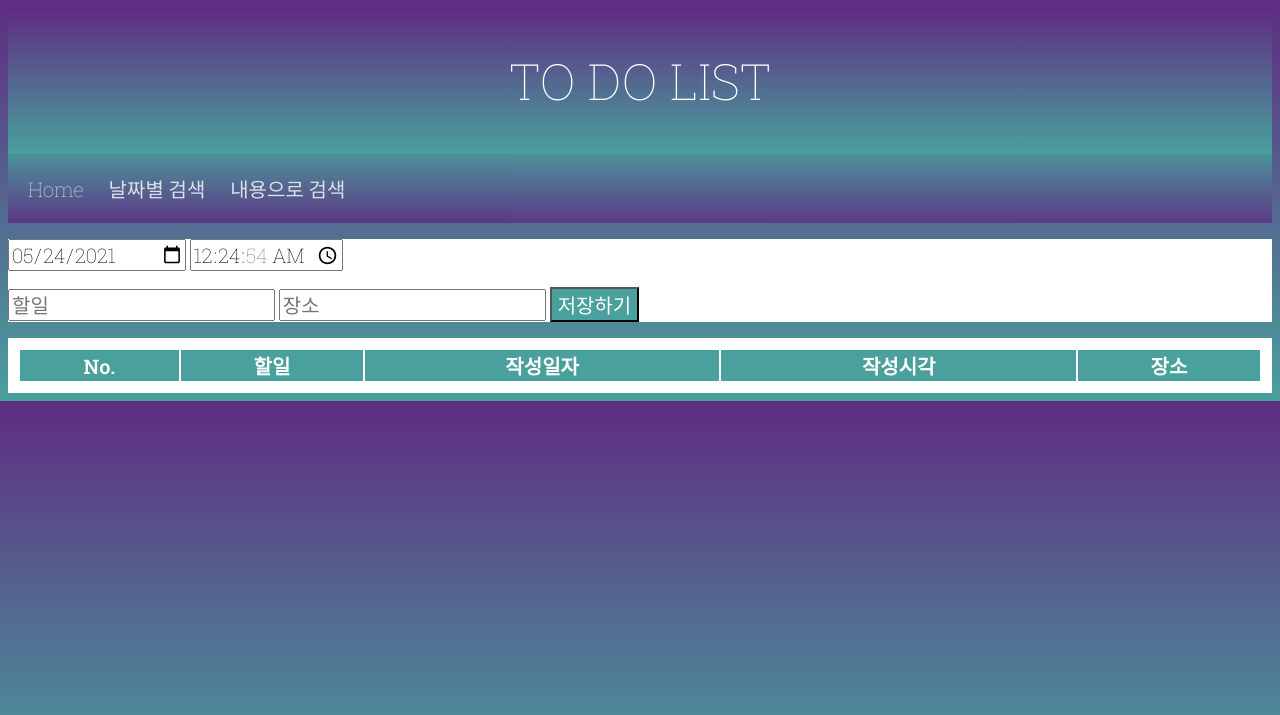
Repository: kimyoungjin98/Exam_Project
Page: http://localhost/Server_PR_TodoList/
An editor plug-in stored every save of this project. The page is shown before and after the next save, followed by the edit.
The browser window is 1280 px wide. The pictures show the whole page.
Some web fonts or font styles are not loaded; a fallback is used. The page is served by Tomcat 9. Other server files are loaded and not shown. Queries for data that is not in the repository find no rows.

Above is the page before, as saved 2021-05-25 02:12:46.

### Server_PR_TodoList/src/main/webapp/WEB-INF/views/home.jsp
<%@ page language="java" contentType="text/html; charset=UTF-8"
    pageEncoding="UTF-8"%>
<%@ taglib uri="http://java.sun.com/jsp/jstl/core" prefix="c"%>
<c:set value="${pageContext.request.contextPath}" var="rootPath" />
<!DOCTYPE html>
<html>

<head>
<meta charset="UTF-8">
<title>어서오세요</title>
</head>
<script>
document.addEventListener("DOMContentLoaded",function(ev){

	document.querySelector("table")
	.addEventListener("click", function(ev){

		let tag = ev.target.tagName

		if(tag == "TD"){

			let seq = ev.target.closest("TR").dataset.seq

			document.location.href="${rootPath}/todo/view?td_seq=" + seq

		}

	})

})


</script>
<style>

body {
	background:linear-gradient(to bottom, #5f2c82, #49a09d);
	padding:auto;
}

@import url('https://fonts.googleapis.com/css2?family=Nanum+Myeongjo&family=Roboto+Slab:wght@100;600&display=swap');
* {
		font-family: 'Nanum Myeongjo', serif;
		font-family: 'Roboto Slab', serif;
	}

table {
	width:100%;
	text-align: center;
	margin:3px auto;
	font-size:20px;
	padding:10px;
	background-color: white;

}

table td{
	cursor:pointer;
	padding:5-%;


}

table td:hover{
	background-color: #49a09d;
	opacity: 0.5;
}

table div{
	border:1px solid #49a09d;

}

table th{
	background-color:#49a09d;
	color:white;

}


</style>
<body>

	<%@ include file="/WEB-INF/views/banner.jsp" %>
	<p>
	<%@ include file="/WEB-INF/views/write.jsp" %>
	<p>
		<table>
		<div>
		<th>No.</th>
		<th>할일</th>
		<th>작성일자</th>
		<th>작성시각</th>
		<th>장소</th>
		</div>

		<c:forEach items="${TDLIST}" var="TD" varStatus="index">
			<tr data-seq="${TD.td_seq}">
				<td>${index.count}</td>
				<td>${TD.td_content}</td>
				<td>${TD.td_date}</td>
				<td>${TD.td_time}</td>
				<td>${TD.td_place}</td>
			</tr>

		</c:forEach>

	</table>

</body>
</html>

### Server_PR_TodoList/src/main/webapp/WEB-INF/views/banner.jsp
<%@ page language="java" contentType="text/html; charset=UTF-8"
    pageEncoding="UTF-8"%>
<%@ taglib uri="http://java.sun.com/jsp/jstl/core" prefix="c"%>
<c:set value="${pageContext.request.contextPath}" var="rootPath" />
<!DOCTYPE html>
<html>
<head>
<meta charset="UTF-8">
<title>Insert title here</title>
</head>
<script type="text/javascript">
document.addEventListener("DOMContentLoaded", function(){
	document.querySelector("nav").addEventListener("click",function(ev){

		let name = ev.target.textContent

		if(name == "Home"){

			document
			.location
			.href="${rootPath}"


		}


	})

})

</script>
<style>
@import url('https://fonts.googleapis.com/css2?family=Nanum+Myeongjo&family=Roboto+Slab:wght@100;600&display=swap');
* {
		font-family: 'Nanum Myeongjo', serif;
		font-family: 'Roboto Slab', serif;
	}

nav li:hover {

	cursor:pointer;

}

h1 {
	margin:auto;
	text-align: center;
	font-size:50px;
	background:linear-gradient(to bottom, #5f2c82, #49a09d);
	color:white;
	padding:40px;
	font-weight: lighter;
}

nav {

	background:linear-gradient(to top, #5f2c82, #49a09d);
	opacity: 0.8;
	color:white;

	font-size:20px;


}

nav ul{
	margin:0px;
	padding:10px;
}

nav li{
	display:inline-block;
	list-style:none;
	padding:10px;
	margin:0;
}


</style>
<body>
	<h1>TO DO LIST</h1>

	<nav>
	<ul>
	<li>Home</li>
	<li>날짜별 검색</li>
	<li >내용으로 검색</li>

	</ul>


	</nav>
</body>
</html>

### Server_PR_TodoList/src/main/webapp/WEB-INF/views/write.jsp
<%@ page language="java" contentType="text/html; charset=UTF-8"
    pageEncoding="UTF-8"%>
<%@ taglib uri="http://java.sun.com/jsp/jstl/core" prefix="c"%>
<c:set value="${pageContext.request.contextPath}" var="rootPath" />
<!DOCTYPE html>
<html>
<head>
<meta charset="UTF-8">
<title>Insert title here</title>
</head>
<script type="text/javascript">
document.addEventListener("DOMContentLoaded", function(ev){
	document.querySelector("button")
	.addEventListener("click",function(ev){

		let name = ev.target.className

		let td_date = document.querySelector("input[name='td_date']")
		let td_time = document.querySelector("input[name='td_time']")
		let td_content = document.querySelector("input[name='td_content']")
		let td_place = document.querySelector("input[name='td_place']")

		if(td_content.value == ""){

			alert("할일을 입력하세요 !")

			return false;
			}

			document.querySelector("form").submit();

	})

})

</script>
<style>




@import url('https://fonts.googleapis.com/css2?family=Nanum+Myeongjo&family=Roboto+Slab:wght@100;600&display=swap');
.jm-font {
		font-family: 'Nanum Myeongjo', serif;
	font-family: 'Roboto Slab', serif;
	}

	label{
		font-size:20px;
	}

	input{
		font-size:20px;
	}

	button{
		background-color: #49a09d;
		color:white;
		font-size:20px;
		cursor:pointer;
	}

	form {
		background-color:white;
	}


</style>
<body>



	<form method="POST" class="1">

	<input name="td_date" placeholder="작성일자" type="date" value="${TD.td_date}">
	<input name="td_time" placeholder="작성시각" type="time" value="${TD.td_time}"><p>
	<input name="td_content" placeholder="할일" value="${TD.td_content}"></input>
	<input name="td_place" placeholder="장소" value="${TD.td_place}">

		<button type="button">저장하기</button>
	</form>

</body>
</html>

### Server_PR_TodoList/src/main/java/com/callor/todo/controller/HomeController.java
package com.callor.todo.controller;

import java.io.IOException;
import java.text.SimpleDateFormat;
import java.util.Date;
import java.util.List;

import javax.servlet.ServletException;
import javax.servlet.annotation.WebServlet;
import javax.servlet.http.HttpServlet;
import javax.servlet.http.HttpServletRequest;
import javax.servlet.http.HttpServletResponse;

import com.callor.todo.model.TodoVO;
import com.callor.todo.service.TodoService;
import com.callor.todo.service.impl.TodoServiceImplV1;

@WebServlet("/")
public class HomeController extends HttpServlet{

	protected TodoService tdService;

	public HomeController() {

		tdService = new TodoServiceImplV1();

	}

	@Override
	protected void doGet(HttpServletRequest req, HttpServletResponse resp) throws ServletException, IOException {


		List<TodoVO> tdList = tdService.selectAll();

		req.setAttribute("TDLIST", tdList);

		SimpleDateFormat sDate = new SimpleDateFormat("yyyy-MM-dd");
		SimpleDateFormat sTime = new SimpleDateFormat("HH:mm:ss");
		Date date = new Date(System.currentTimeMillis());

		TodoVO tdVO = new TodoVO();

		tdVO.setTd_date(sDate.format(date));
		tdVO.setTd_time(sTime.format(date));

		req.setAttribute("TD", tdVO);

		ReqController.forward(resp, req, "home");

	}

	@Override
	protected void doPost(HttpServletRequest req, HttpServletResponse resp) throws ServletException, IOException {


		req.setCharacterEncoding("UTF-8");

		String td_date = req.getParameter("td_date");
		String td_content = req.getParameter("td_content");
		String td_time = req.getParameter("td_time");
		String td_place = req.getParameter("td_place");

		TodoVO tdVO = new TodoVO();

		tdVO.setTd_content(td_content);
		tdVO.setTd_date(td_date);
		tdVO.setTd_place(td_place);
		tdVO.setTd_time(td_time);

		tdService.insert(tdVO);

		System.out.println(tdVO.toString());

		resp.sendRedirect("/todo/");

	}

}

### Server_PR_TodoList/src/main/java/com/callor/todo/service/impl/TodoServiceImplV1.java
package com.callor.todo.service.impl;

import java.sql.Connection;
import java.sql.PreparedStatement;
import java.sql.ResultSet;
import java.sql.SQLException;
import java.util.ArrayList;
import java.util.List;

import com.callor.todo.config.DBConnect;
import com.callor.todo.model.TodoVO;
import com.callor.todo.service.TodoService;
import com.mysql.cj.x.protobuf.MysqlxPrepare.Prepare;

public class TodoServiceImplV1 implements TodoService {

	protected Connection dbConn;

	public TodoServiceImplV1() {

		dbConn = DBConnect.getDB();

	}

	protected List<TodoVO> select(PreparedStatement pStr) throws SQLException {

		List<TodoVO> tdList = new ArrayList<TodoVO>();
		ResultSet rSet = pStr.executeQuery();

		while (rSet.next()) {

			TodoVO tdVO = new TodoVO();

			tdVO.setTd_content(rSet.getString("td_content"));
			tdVO.setTd_date(rSet.getString("td_date"));
			tdVO.setTd_place(rSet.getString("td_place"));
			tdVO.setTd_time(rSet.getString("td_time"));
			tdVO.setTd_seq(rSet.getLong("td_seq"));
			tdList.add(tdVO);

		}

		return tdList;
	}

	@Override
	public List<TodoVO> selectAll() {
		// TODO Auto-generated method stub

		String sql = " SELECT * FROM tbl_todo ";

		PreparedStatement pStr = null;

		try {

			pStr = dbConn.prepareStatement(sql);
			List<TodoVO> tdList = this.select(pStr);


			return tdList;

		} catch (SQLException e) {
			// TODO Auto-generated catch block
			e.printStackTrace();
		}

		return null;
	}

	@Override
	public TodoVO findById(Long td_seq) {
		// TODO Auto-generated method stub

		String sql = " SELECT * FROM tbl_todo ";
		sql += " WHERE td_seq = ? ";

		PreparedStatement pStr = null;

		try {
			pStr = dbConn.prepareStatement(sql);
			pStr.setLong(1, td_seq);

			List<TodoVO> tdList = this.select(pStr);

			if(tdList != null && tdList.size() > 0) {

				return tdList.get(0);
			}

		} catch (SQLException e) {
			// TODO Auto-generated catch block
			e.printStackTrace();
		}

		return null;
	}

	@Override
	public Integer insert(TodoVO tdVO) {
		// TODO Auto-generated method stub

		String sql = " INSERT INTO tbl_todo ";
		sql += " (td_content, td_date, td_time, td_place) ";
		sql += " VALUES(?,?,?,?) ";

		PreparedStatement pStr = null;

		try {
			pStr = dbConn.prepareStatement(sql);
			pStr.setString(1, tdVO.getTd_content());
			pStr.setString(2, tdVO.getTd_date());
			pStr.setString(3, tdVO.getTd_time());
			pStr.setString(4, tdVO.getTd_place());

			return pStr.executeUpdate();



		} catch (SQLException e) {
			// TODO Auto-generated catch block
			e.printStackTrace();
		}

		return null;
	}

	@Override
	public Integer update(TodoVO tdVO) {
		// TODO Auto-generated method stub

		String sql = " UPDATE tbl_todo SET ";
		sql += " td_content = ?, ";
		sql += " td_date = ?, ";
		sql += " td_time = ?, ";
		sql += " td_place = ? ";
		sql += " WHERE td_seq = ? ";

		PreparedStatement pStr = null;

		try {
			pStr = dbConn.prepareStatement(sql);
			pStr.setString(1, tdVO.getTd_content());
			pStr.setString(2, tdVO.getTd_date());
			pStr.setString(3, tdVO.getTd_time());
			pStr.setString(4, tdVO.getTd_place());
			pStr.setLong(5, tdVO.getTd_seq());


			return pStr.executeUpdate();


		} catch (SQLException e) {
			// TODO Auto-generated catch block
			e.printStackTrace();
		}

		return null;
	}

	@Override
	public Integer delete(Long td_seq) {
		// TODO Auto-generated method stub

		String sql = " DELETE FROM tbl_todo ";
		sql += " WHERE td_seq = ? ";

		PreparedStatement pStr = null;

		try {
			pStr = dbConn.prepareStatement(sql);
			pStr.setLong(1, td_seq);

			return pStr.executeUpdate();
		} catch (SQLException e) {
			// TODO Auto-generated catch block
			e.printStackTrace();
		}



		return null;
	}

}

### Server_PR_TodoList/src/main/java/com/callor/todo/config/DBConnect.java
package com.callor.todo.config;

import java.sql.Connection;
import java.sql.DriverManager;
import java.sql.SQLException;

public class DBConnect {

	private static Connection dbConn;

	static {

		String driver = "com.mysql.cj.jdbc.Driver";
		String url = "jdbc:mysql://localhost:3306/todo";
		String user = "todoList";
		String pw = "1234";

		try {
			Class.forName(driver);

			if (dbConn == null) {
				dbConn = DriverManager.getConnection(url, user, pw);
			}

			System.out.println("DB 접속 성공");

		} catch (ClassNotFoundException e) {
			// TODO Auto-generated catch block
			e.printStackTrace();
		} catch (SQLException e) {
			// TODO Auto-generated catch block
			e.printStackTrace();
		}

	}

	public static Connection getDB() {

		return dbConn;
	}

}

### Server_PR_TodoList/src/main/java/com/callor/todo/model/TodoVO.java
package com.callor.todo.model;

import lombok.AllArgsConstructor;
import lombok.Getter;
import lombok.NoArgsConstructor;
import lombok.Setter;
import lombok.ToString;

@Getter
@Setter
@ToString
@AllArgsConstructor
@NoArgsConstructor
public class TodoVO {

	private Long td_seq;
	private String td_place;
	private String td_date;
	private String td_time;
	private String td_content;

}

### Server_PR_TodoList/src/main/java/com/callor/todo/controller/ReqController.java
package com.callor.todo.controller;

import java.io.IOException;

import javax.servlet.ServletException;
import javax.servlet.http.HttpServlet;
import javax.servlet.http.HttpServletRequest;
import javax.servlet.http.HttpServletResponse;

public class ReqController extends HttpServlet{

	public static void forward(HttpServletResponse res, HttpServletRequest req, String file) throws ServletException, IOException {

		String root = "/WEB-INF/views/" + file + ".jsp";

		req.getRequestDispatcher(root).forward(req, res);

	}

}

After the next save:
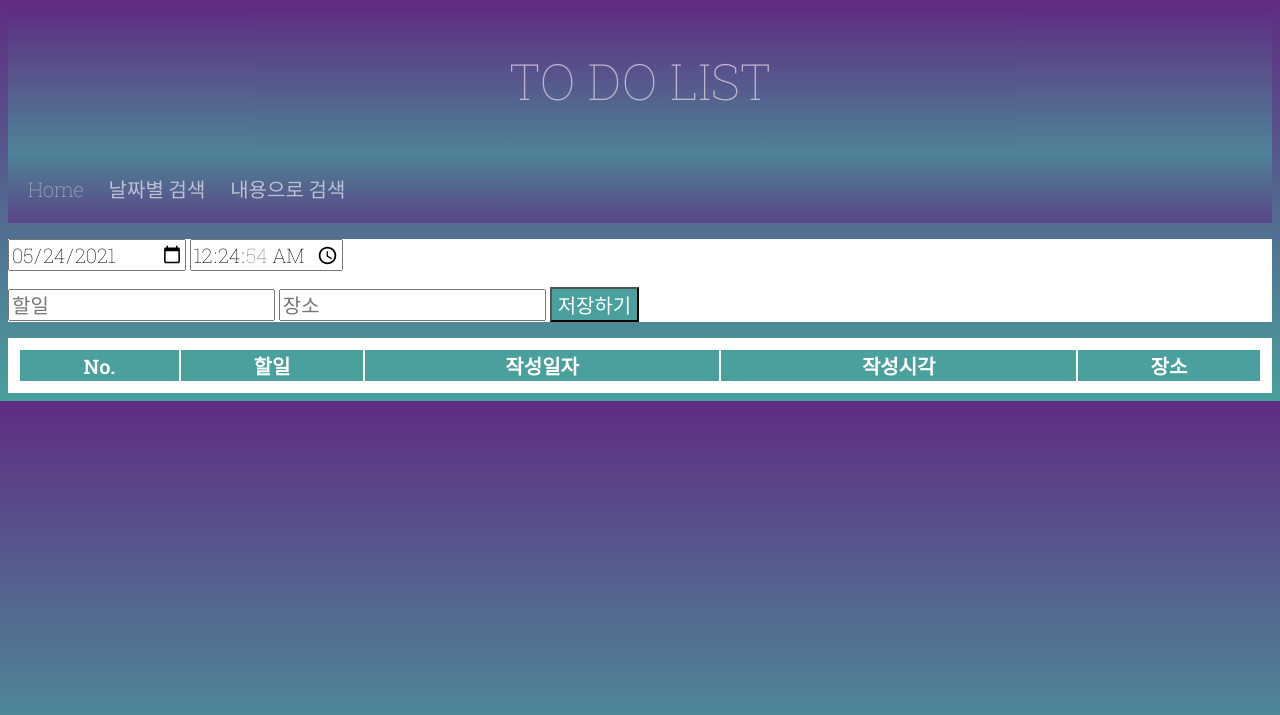
Saved 2 min 5 s later.
--- a/Server_PR_TodoList/src/main/webapp/WEB-INF/views/banner.jsp
+++ b/Server_PR_TodoList/src/main/webapp/WEB-INF/views/banner.jsp
@@ -50,12 +50,13 @@ h1 {
 	color:white;
 	padding:40px;
 	font-weight: lighter;
+	opacity: 0.6;
 }
 
 nav {
 
 	background:linear-gradient(to top, #5f2c82, #49a09d);
-	opacity: 0.8;
+	opacity: 0.6;
 	color:white;
 
 	font-size:20px;
